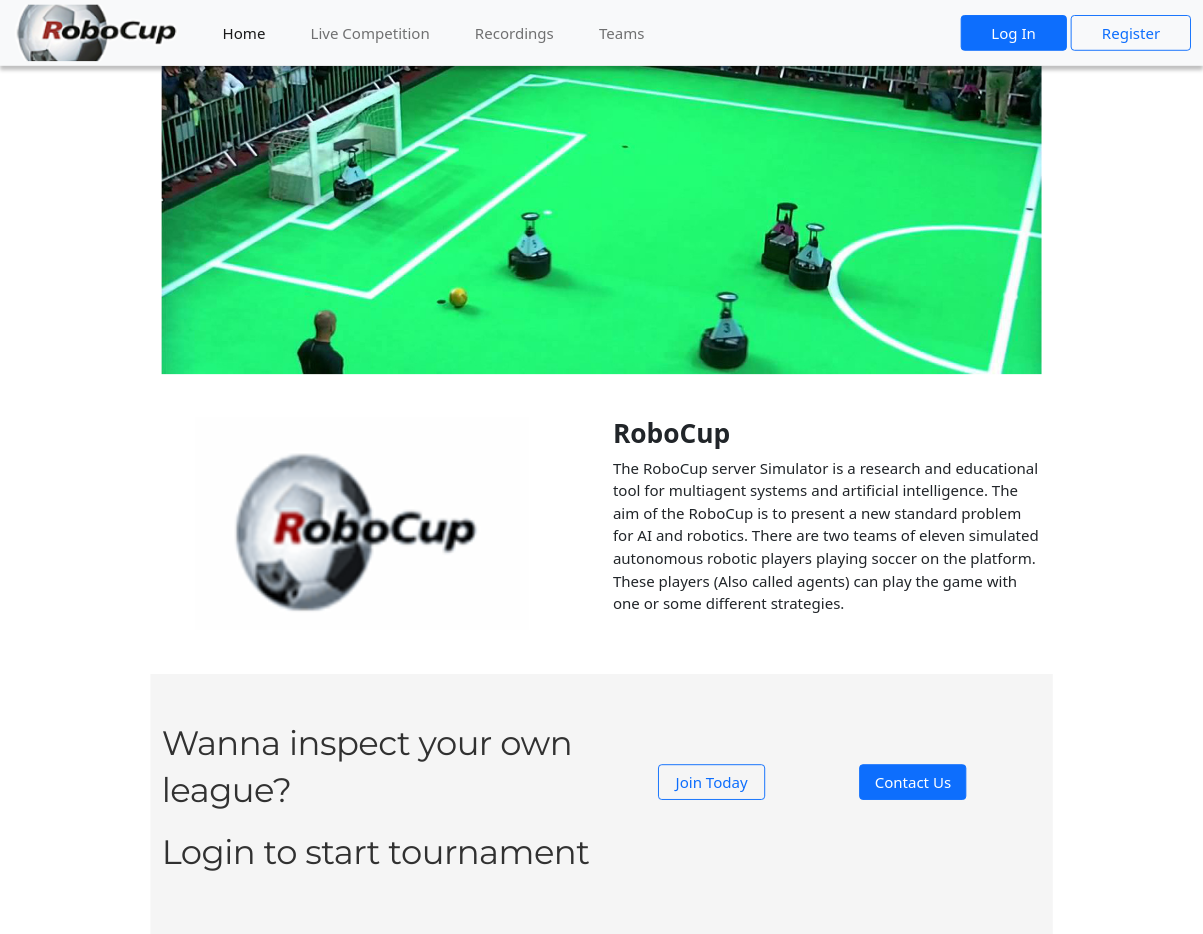
Repository: romeoonlinesim/romeoonlinesim.github.io
Page: index.html
The author's editor kept a copy of each file at every save. The page is drawn from the files as they stood at one save, then again after the next save.
The browser window is 1280 px wide. The pictures show the whole page, at 94% of full size.

Above is the page before, as saved 2021-05-18 14:21:26.

### index.html
<!DOCTYPE html PUBLIC "-//W3C//DTD XHTML 1.0 Strict//EN"
"http://www.w3.org/TR/xhtml1/DTD/xhtml1-strict.dtd">
<html xmlns="http://www.w3.org/1999/xhtml">
<head>
<title>Robocup</title>
    <meta http-equiv="content-type" content="text/html; charset=iso-8859-1" />
    <link href="https://cdn.jsdelivr.net/npm/bootstrap@5.0.1/dist/css/bootstrap.min.css" rel="stylesheet" integrity="sha384-+0n0xVW2eSR5OomGNYDnhzAbDsOXxcvSN1TPprVMTNDbiYZCxYbOOl7+AMvyTG2x" crossorigin="anonymous">
    <link rel="stylesheet"
          href="https://fonts.googleapis.com/css?family=Montserrat">


    <style>
        .navbar {
            padding-left:1%;
            padding-right:1%;
            padding-top: 0%;
            padding-bottom:0%;
            box-shadow: 0px 4px 4px rgba(0, 0, 0, 0.25);
        }

        .navbar-nav > li{
            padding-left:16px;
            padding-right:16px;
        }

        .navbar-right > a {
            padding-left:32px;
            padding-right:32px;
        }

        .background-img {
            max-width: 100%;
            height: auto;
        }

        /*.img {
            max-width: 50%;
            height:auto;
        }*/

        .text {
            align-items: center;
            display:grid;
            grid-row-gap: 0%;
        }

        h3 {
            font-weight: bold;
        }

        .para {
            font-family: Montserrat;
            font-style: normal;
            font-weight: normal;
            font-size: 36px;
            line-height: 50px;
            /* or 139% */

            letter-spacing: -0.015em;

            color: rgba(0, 0, 0, 0.8);
        }

        .row {
            padding-bottom: 5%;
        }

        .right {
            text-align: right;
            float: right;
        }

        .grey {
            background: #F5F5F5;
        }

        .container-fluid {
            max-width: 75%;
        }
    </style>
</head>

<body>
    <div class="navbar navbar-expand-lg navbar-light bg-light">
        <a href="#default" class = "navbar-brand">
            <img src="img/logo.png">
        </a>
        <div class="collapse navbar-collapse" id="navbarSupportedContent">
            <ul class="navbar-nav mr-auto">
                <li class="nav-item">
                    <a class="nav-link active" href="#home">Home</a>
                </li>
                <li class="nav-item">
                    <a class="nav-link" href="#livecompetition">Live Competition</a>
                </li>
                <li class="nav-item">
                    <a class="nav-link" href="#recording">Recordings</a>
                </li>
                <li class="nav-item">
                    <a class="nav-link" href="#team">Teams</a>
                </li>
            </ul>
        </div>
        <div class="navbar-right">
            <a href="#login" class="btn btn-primary">Log In</a>
            <a href="#register" class="btn btn-outline-primary">Register</a>
        </div>
    </div>

    <div class="container-fluid">
        <div class="row">
            <img class="background-img" src="img/background.jpg">
        </div>
        <div class="row">
            <img class="img col-lg-6" src="img/robocup.png">
            <div class="text col-lg-6 ">
                <h3 class="grid-item">RoboCup</h3>
                <p class="grid-item">The RoboCup server Simulator is a research and educational tool for multiagent systems and artificial intelligence. The aim of the RoboCup is to present a new standard problem for AI and robotics. There are two teams of eleven simulated autonomous robotic players playing soccer on the platform. These players (Also called agents) can play the game with one or some different strategies. </p>
            </div>
        </div>
        <div class="row grey">
            <div class="row"></div>
            <div class="col-lg-6">
                <p class="para">Wanna inspect your own league?</p>
                <p class="para">Login to start tournament</p>
            </div>

                <!--form action="#">
                    <button type="button" class="btn btn-outline-primary col-lg-2 col-lg-offset-1">Contact Us</button>
                </form>
                <form action="#">
                    <button type="button" class="btn btn-outline-primary col-lg-2 col-lg-offset-1">Join </button>
                </form-->
                <!--a href="#Contact" class="btn btn-outline-primary" role="button">Contact Us</a>
                <a href="#Join" class="btn btn-primary" role="button">Join Today</a-->
            <div class="col-lg-6">
                <button type="button" class="btn btn-outline-primary col-lg-3 ml-5 m-5">Join Today</button>

                <button type="button" class="btn btn-primary col-lg-3 m-5">Contact Us</button>
            </div>



        </div>

    </div>
</body>
</html>

After the next save:
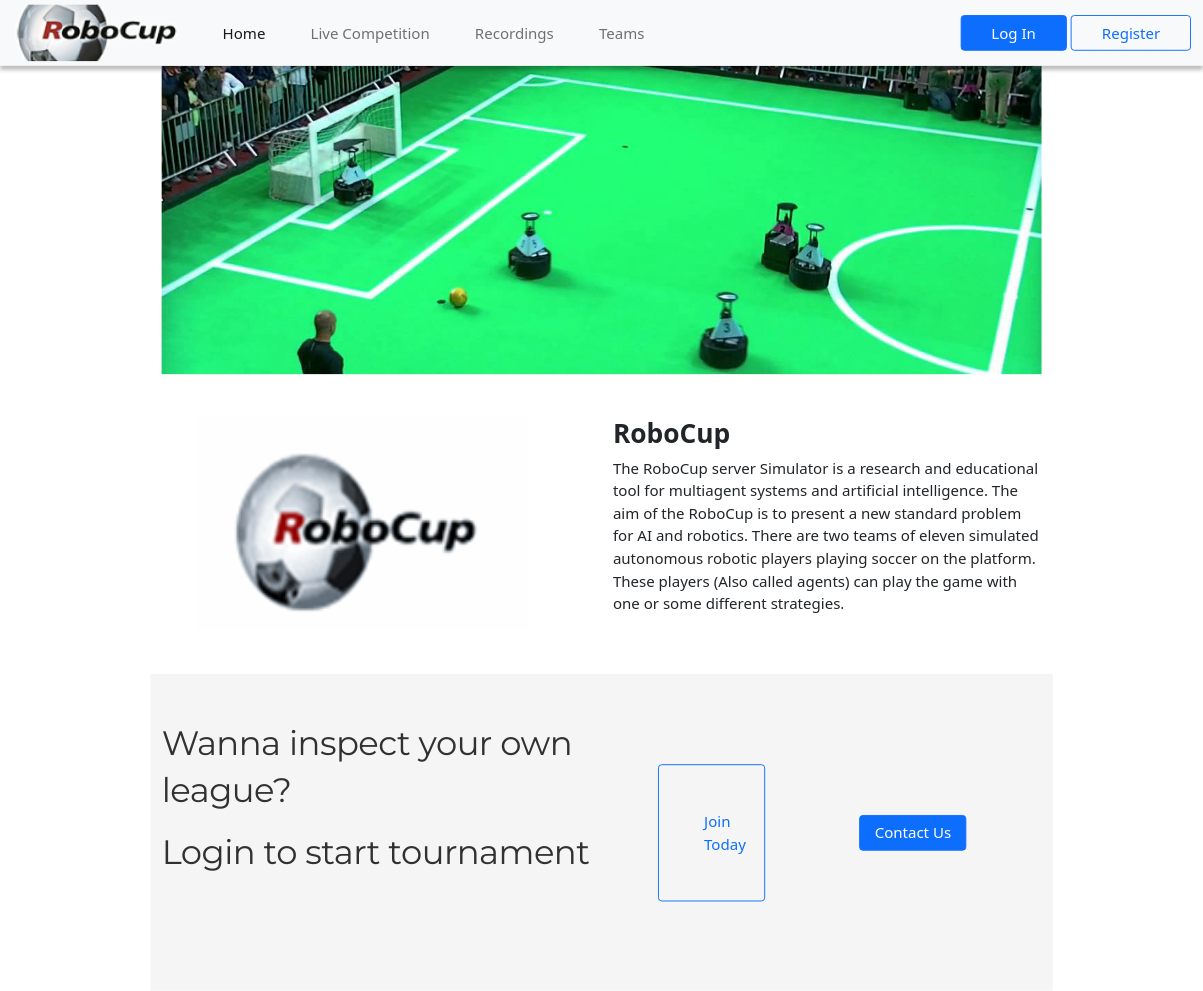
Saved 5 s later.
--- a/index.html
+++ b/index.html
@@ -134,7 +134,7 @@
                 <!--a href="#Contact" class="btn btn-outline-primary" role="button">Contact Us</a>
                 <a href="#Join" class="btn btn-primary" role="button">Join Today</a-->
             <div class="col-lg-6">
-                <button type="button" class="btn btn-outline-primary col-lg-3 ml-5 m-5">Join Today</button>
+                <button type="button" class="btn btn-outline-primary col-lg-3 p-5 m-5">Join Today</button>
 
                 <button type="button" class="btn btn-primary col-lg-3 m-5">Contact Us</button>
             </div>

After the save that followed:
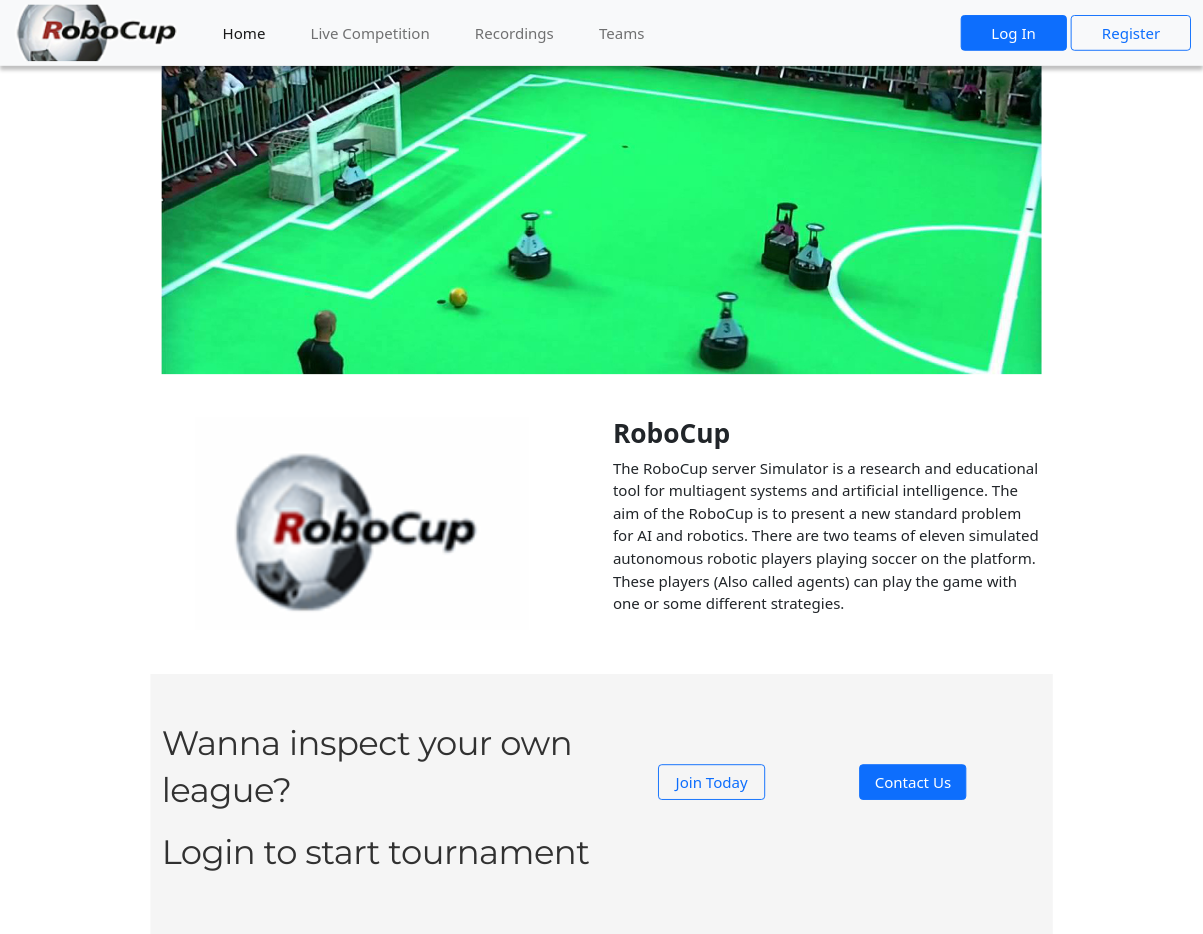
Saved 5 s later.
--- a/index.html
+++ b/index.html
@@ -134,7 +134,7 @@
                 <!--a href="#Contact" class="btn btn-outline-primary" role="button">Contact Us</a>
                 <a href="#Join" class="btn btn-primary" role="button">Join Today</a-->
             <div class="col-lg-6">
-                <button type="button" class="btn btn-outline-primary col-lg-3 p-5 m-5">Join Today</button>
+                <button type="button" class="btn btn-outline-primary col-lg-3 m-5">Join Today</button>
 
                 <button type="button" class="btn btn-primary col-lg-3 m-5">Contact Us</button>
             </div>
